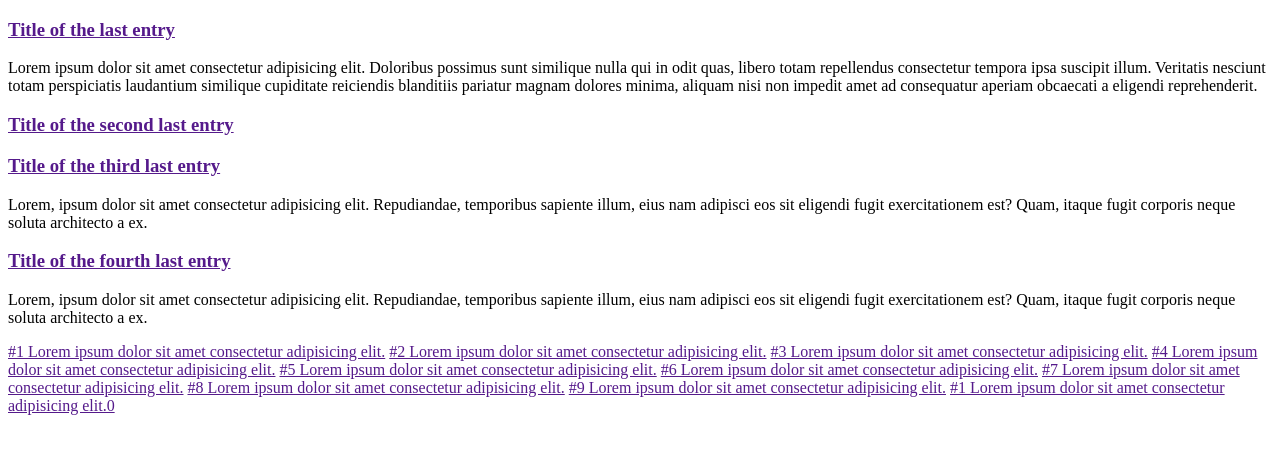
Repository: KikiMcArron/Don_Kiki_McArron
Page: index.html
The author's editor kept a copy of each file at every save. The page is drawn from the files as they stood at one save, then again after the next save.
The browser window is 1280 px wide. The pictures show the whole page.

Above is the page before, as saved 2022-04-10 21:31:33.

After the next save:
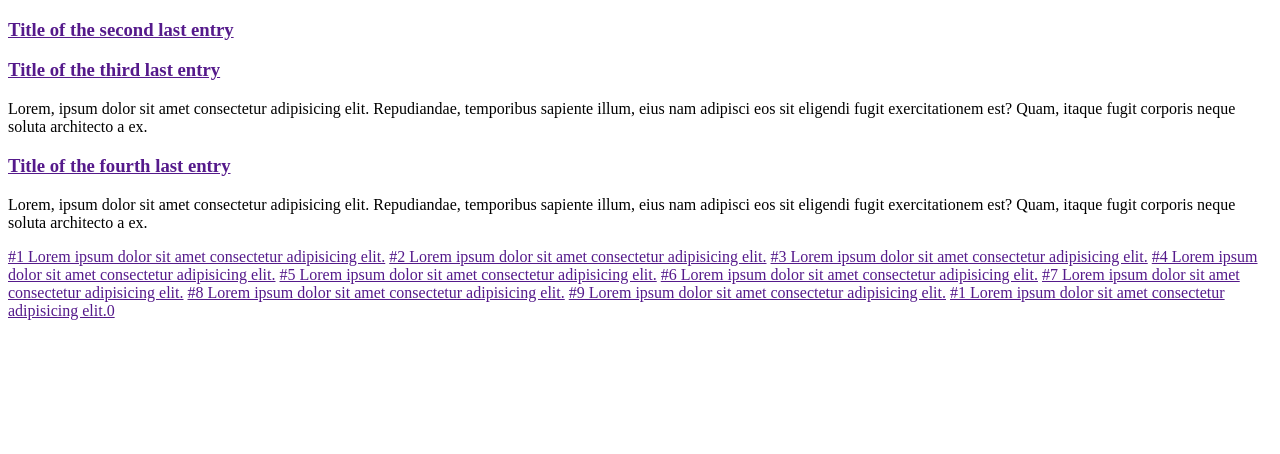
Saved 15 s later.
--- a/index.html
+++ b/index.html
@@ -14,13 +14,7 @@
     </header>
     <main>
         <section class="last_entrie">
-            <div>
-                <a href=""><h3>Title of the last entry</h3></a>
-                <p>Lorem ipsum dolor sit amet consectetur adipisicing elit. Doloribus possimus sunt similique nulla qui in odit quas, libero totam repellendus consectetur tempora ipsa suscipit illum. Veritatis nesciunt totam
-                    perspiciatis laudantium similique cupiditate reiciendis blanditiis pariatur magnam dolores minima,
-                    aliquam nisi non impedit amet ad consequatur aperiam obcaecati a eligendi reprehenderit.</p>
 
-            </div>
         </section>
         <section class="prev_entries">
             <div>
